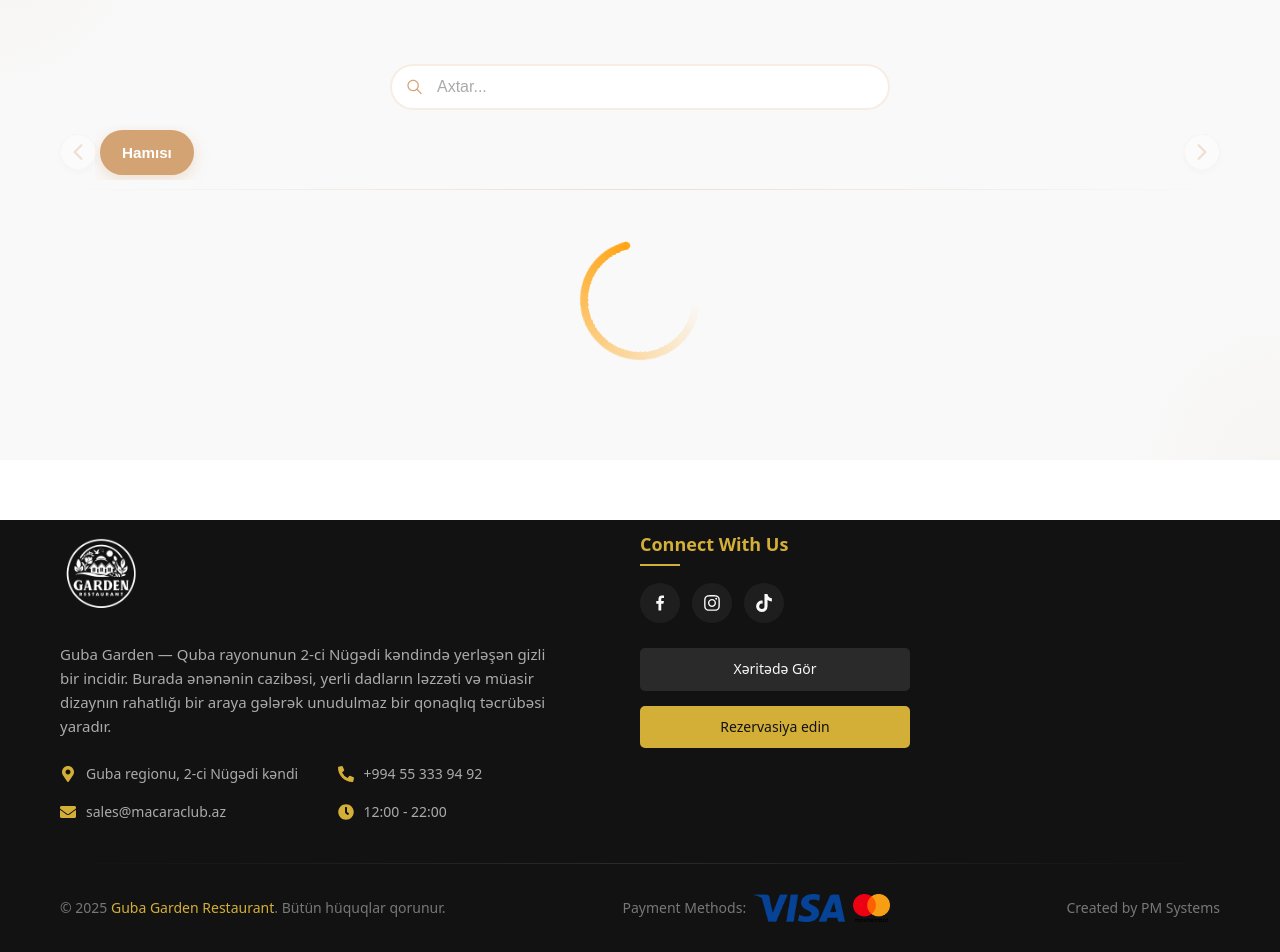
Repository: ferhadsultan98/menu-macara
Page: /
An editor plug-in stored every save of this project. The page is shown before and after a run of saves, followed by the edit.
The browser window is 1280 px wide. The pictures show the part of the page from y = 1494 to 2446 px (the page is 2446 px tall before and 2440 px after).
The page's requests for data from a server got no answer. The project was rebuilt for these pictures with package versions that can differ from the ones it lists, and the page was loaded fresh each time. No one was signed in, and anything a server would have sent is missing. Also part of the build but not shown: vite.config.js.

Above is the page before, as saved 2025-04-18 14:48:07.

After the next 3 saves:
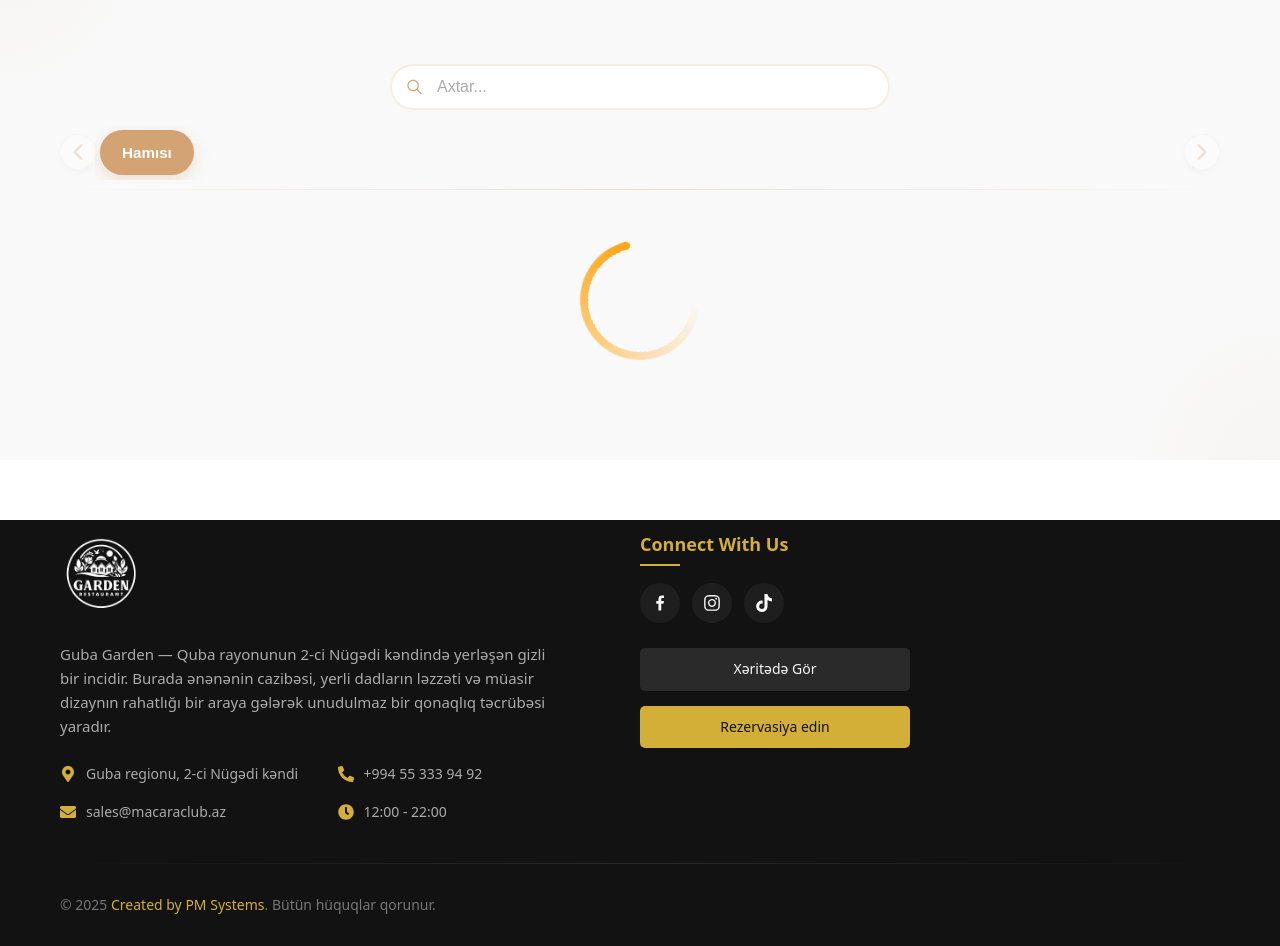
The 3 saves are shown as one change because they came seconds apart.
The last was saved 110 s later.
--- a/src/Components/Common/Footer/Footer.jsx
+++ b/src/Components/Common/Footer/Footer.jsx
@@ -97,16 +97,12 @@ const Footer = () => {
 
           <div className="footer-bottom">
             <p className="copyright">
-              © {currentYear} <span>Guba Garden Restaurant</span>. {t("footer.allRightReserved")}
+              © {currentYear} <span>Created by PM Systems</span>. {t("footer.allRightReserved")}
             </p>
 
-            <div className="payment-methods">
-              <span>Payment Methods:</span>
-              <img src={visaIcon} alt="Visa" />
-              <img src={mastercardIcon} alt="Mastercard" />
-            </div>
 
-            <p className="credits">Created by PM Systems</p>
+
+            <p className="credits"></p>
           </div>
         </div>
       </div>
